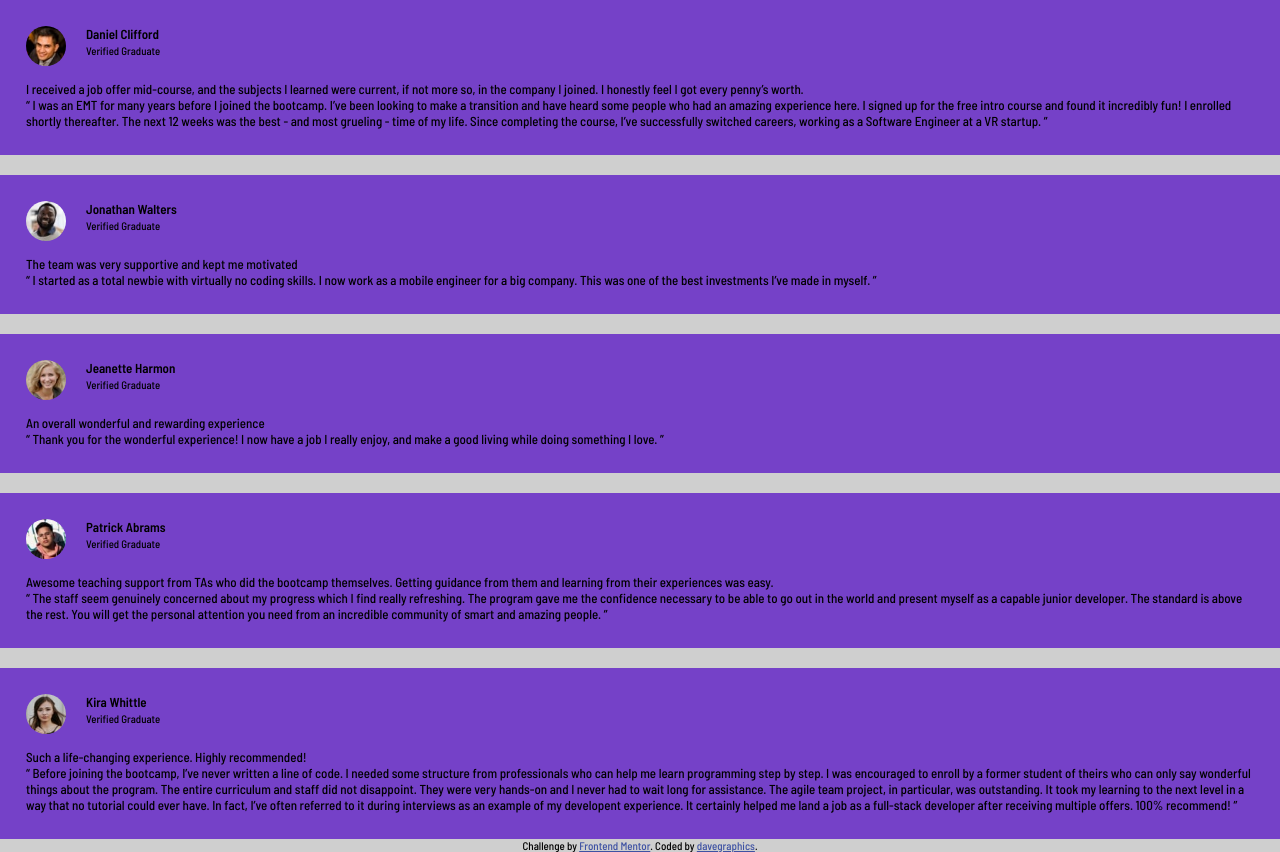
Repository: DejV44/testimonials_grid_section_main
Page: index.html
These files come from the project's save history. The page is drawn as it stood at one moment and after the next save; the edit follows.
The browser window is 1280 px wide. The pictures show the whole page.
The style sheet was rebuilt from its Sass, Less or Tailwind sources for each picture, by a compiler version that may differ from the author's.

Above is the page before, as saved 2021-07-14 20:02:36.

After the next save:
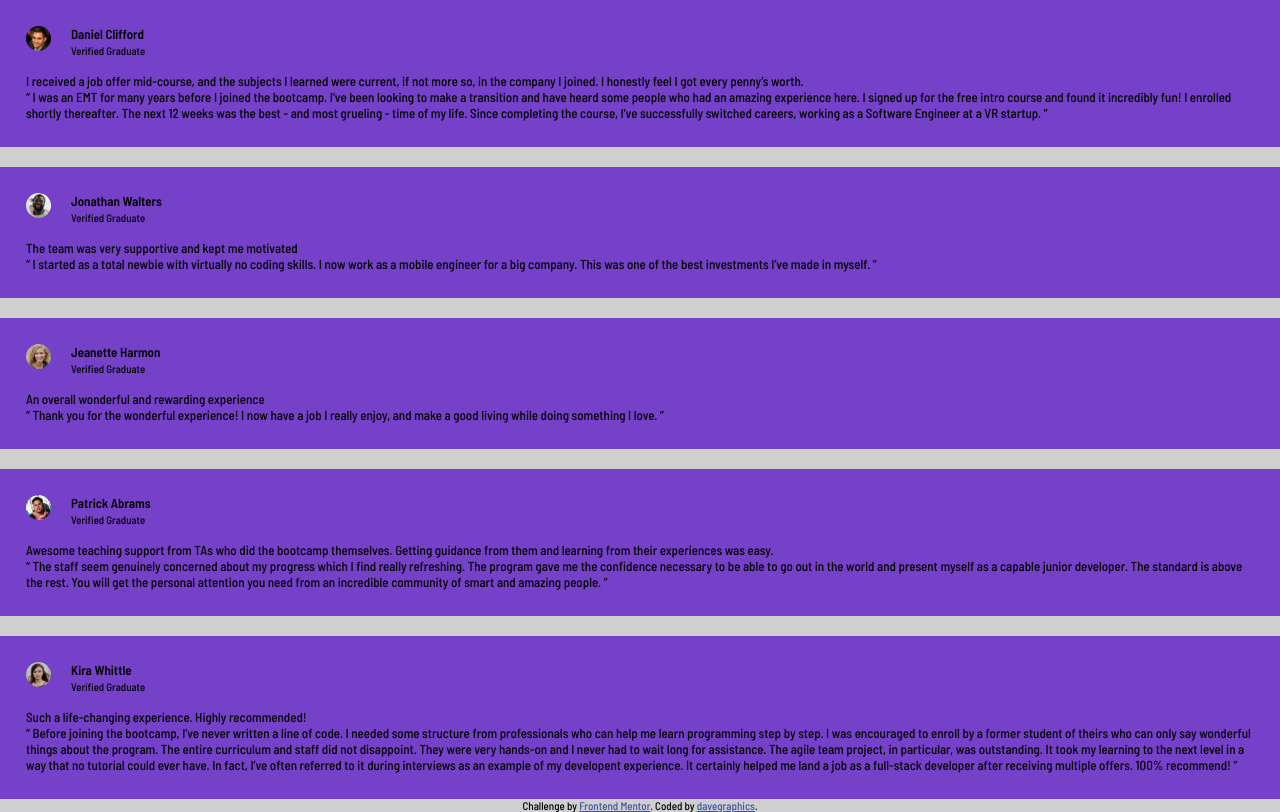
Saved 58 s later.
--- a/css/style.scss
+++ b/css/style.scss
@@ -36,8 +36,8 @@ body {
 
                 img {
                     border-radius: 50%;
-                    width: 40px;
-                    height: 40px;
+                    width: 25px;
+                    height: 25px;
                     margin-right: 20px;
                 }
             }
